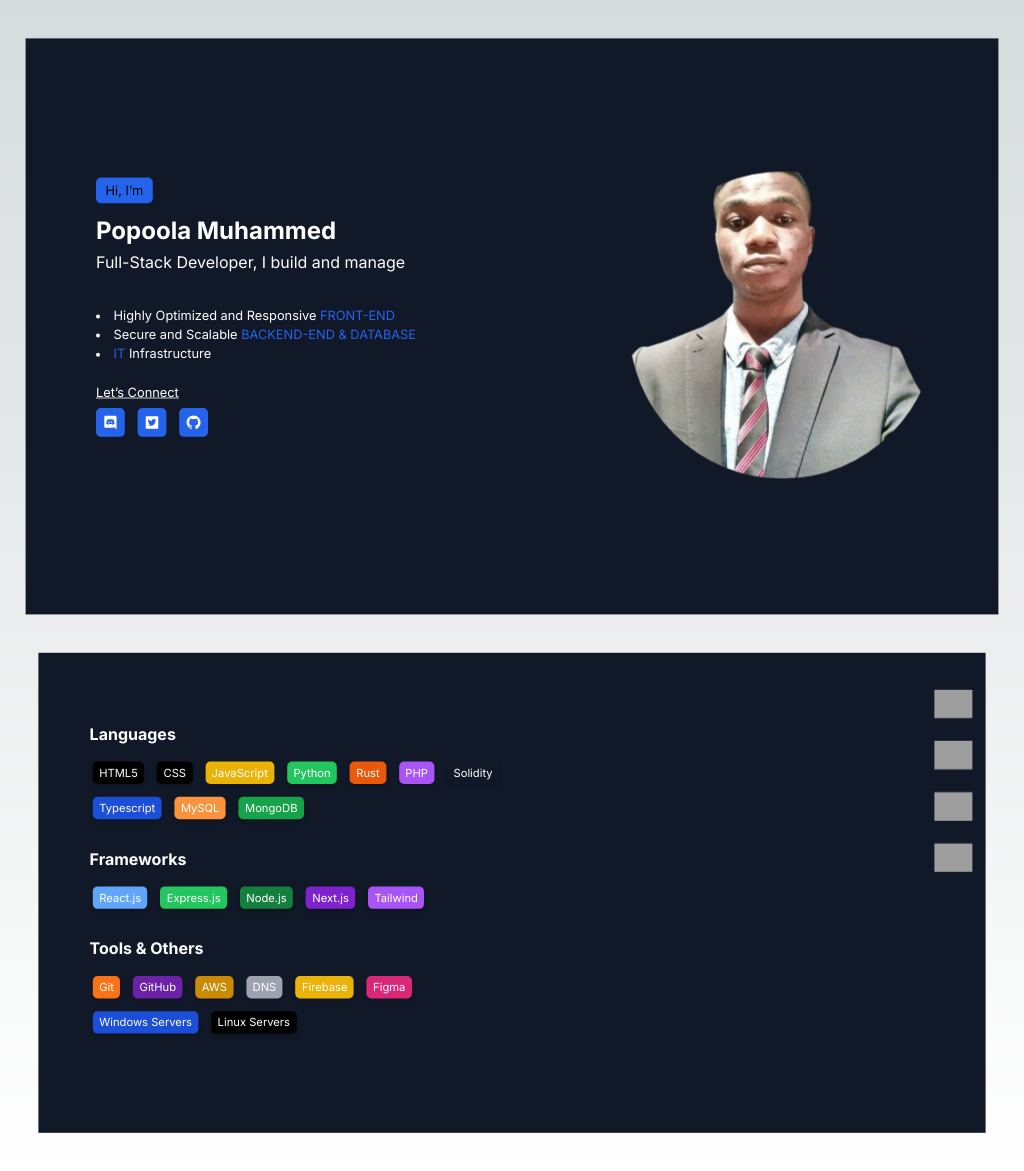
Repository: muhammedctgr/hammedctgr
Page: /
An editor plug-in stored every save of this project. The page is shown before and after the next save, followed by the edit.
The browser window is 1280 px wide. The pictures show the whole page, at 80% of full size.
Pictures or frames that could not be fetched are drawn as grey boxes. The project was rebuilt for these pictures with package versions that can differ from the ones it lists, and the page was loaded fresh each time. The framework's server and built-in components were replaced by stand-ins that run in the browser. Also part of the build but not shown: next.config.mjs.

Above is the page before, as saved 2024-08-01 15:10:25.

After the next save:
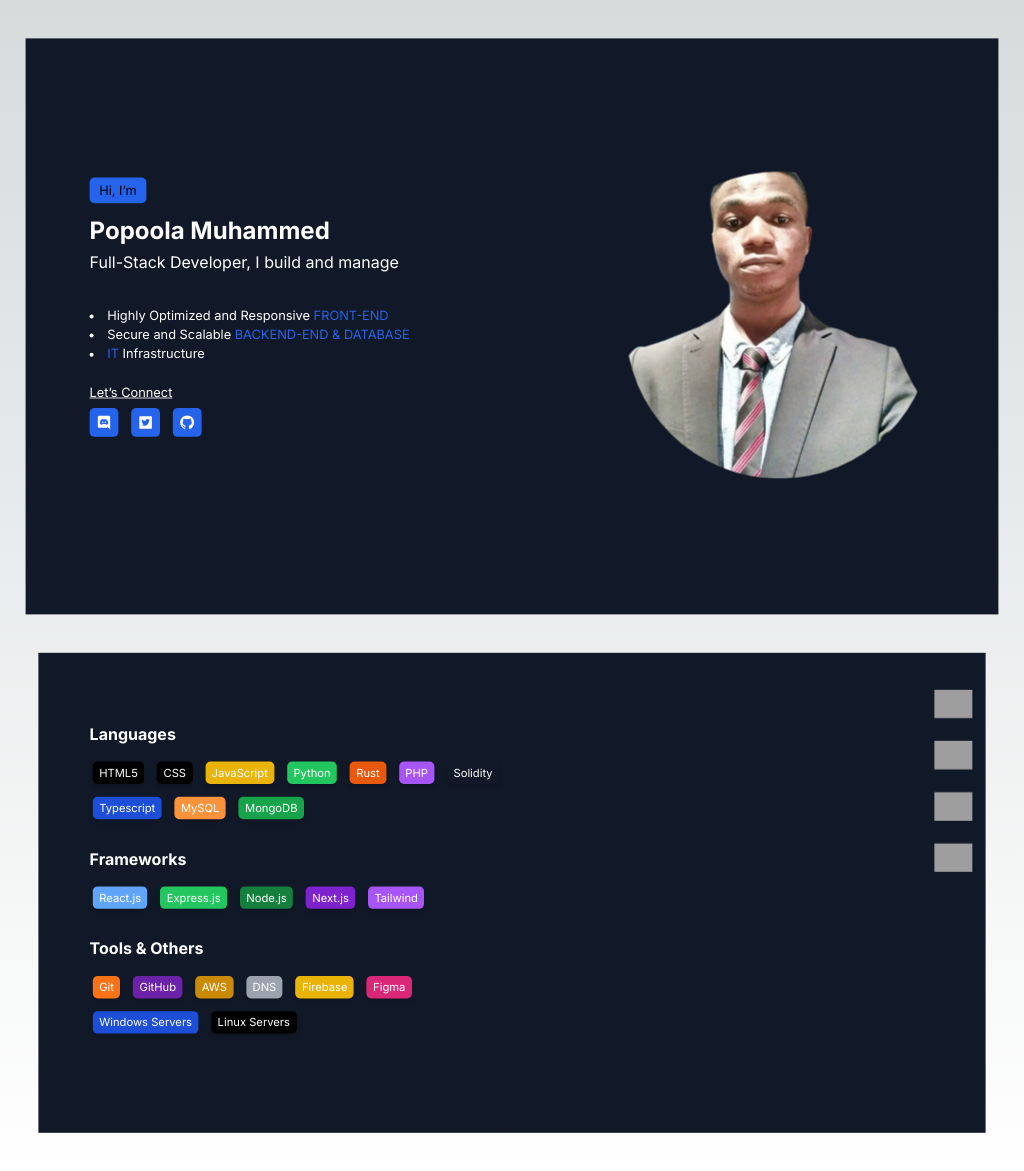
Saved 7 s later.
--- a/components/Hero.tsx
+++ b/components/Hero.tsx
@@ -6,7 +6,7 @@ const Hero = () => {
   return (
     <section className="bg-gray-900 m-12 mx-8  text-white min-h-screen flex items-center">
       <div className="container mx-auto flex flex-col md:flex-row items-center">
-        <div className="flex-1 text-left md:text-left p-8 m-14 mt-2">
+        <div className="flex-1 text-left md:text-left p-6 m-14 mt-2">
           <div className="inline-block bg-blue-600 text-black py-1 px-3 mb-4 rounded-md">
             Hi, I’m
           </div>
